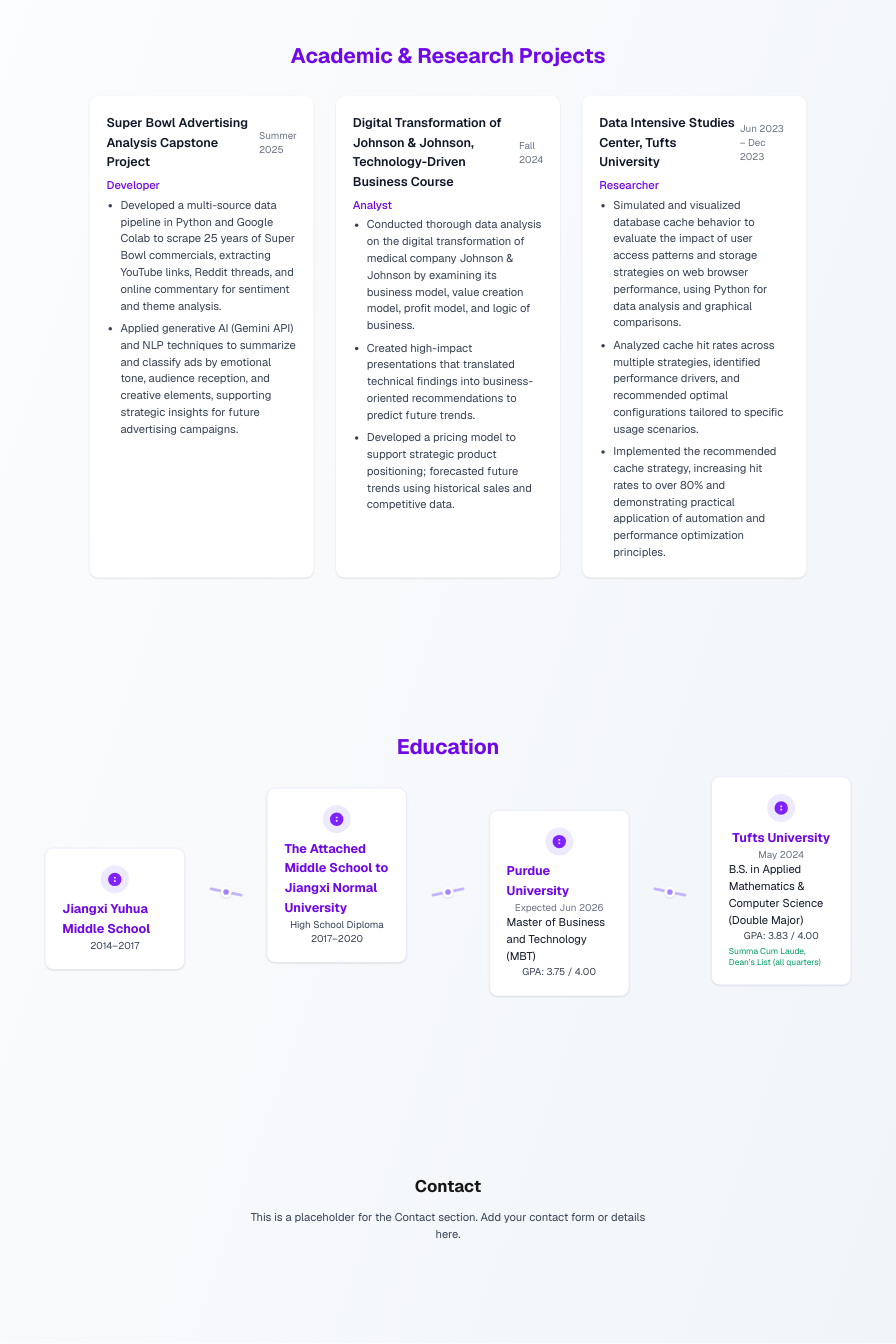
Repository: winniewyl/personal-portfolio
Page: /
These files come from the project's save history. The page is drawn as it stood at one moment and after the next save; the edit follows.
The browser window is 1280 px wide. The pictures show the part of the page from y = 1875 to 3795 px (the page is 3795 px tall), at 70% of full size.
The project was rebuilt for these pictures with package versions that can differ from the ones it lists, and the page was loaded fresh each time. The framework's server and built-in components were replaced by stand-ins that run in the browser. Also part of the build but not shown: next.config.ts.

Above is the page before, as saved 2025-07-22 11:58:21.

After the next save:
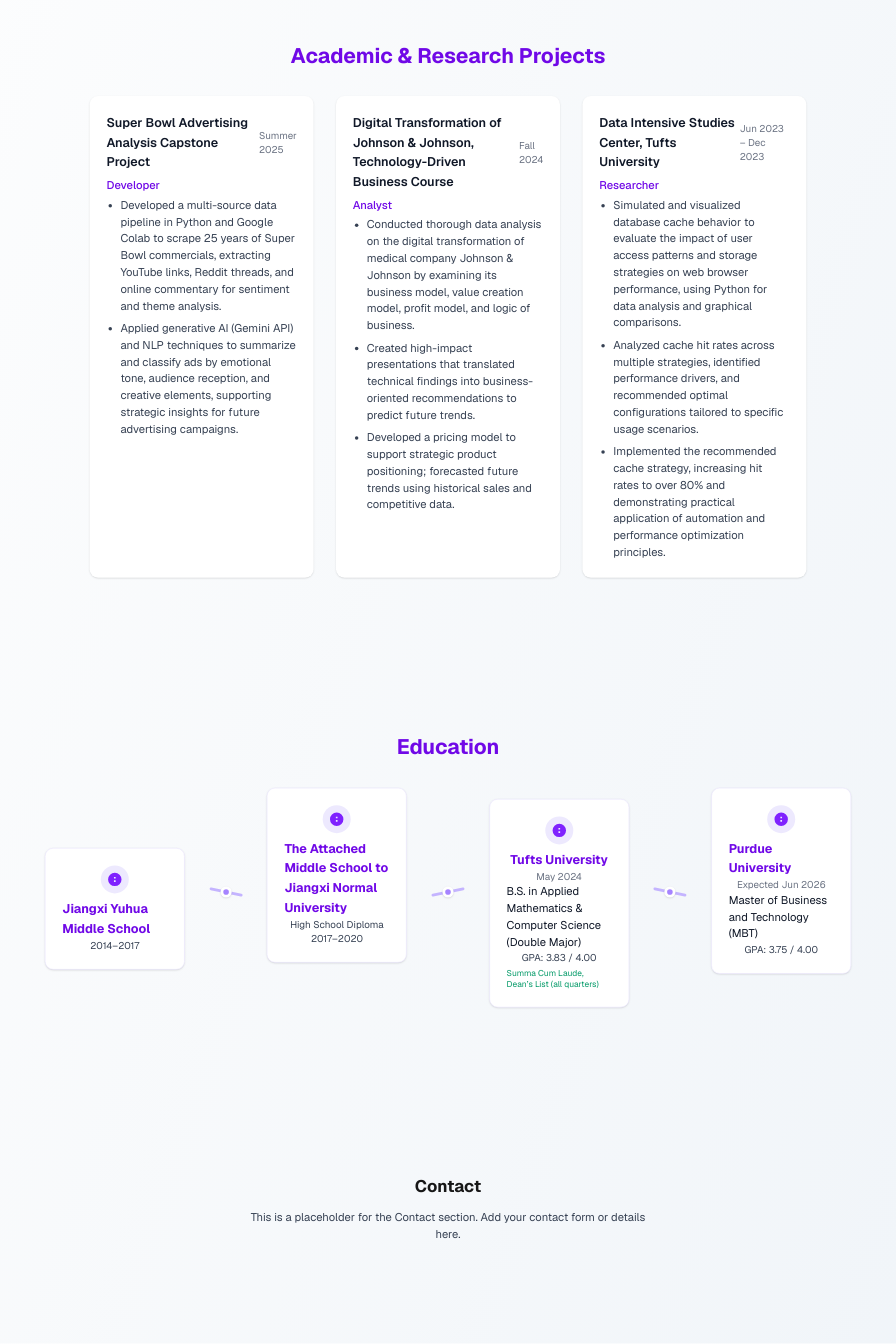
Saved 116 s later.
--- a/src/app/page.tsx
+++ b/src/app/page.tsx
@@ -248,7 +248,7 @@ export default function Home() {
               <div className="absolute left-1/2 top-1/2 w-12 h-1 bg-violet-300 dark:bg-violet-700 transform -translate-x-1/2 -translate-y-1/2 -rotate-12 rounded-full"></div>
               <div className="absolute left-1/2 top-1/2 w-4 h-4 bg-violet-400 dark:bg-violet-600 rounded-full border-4 border-white dark:border-[#18181c] shadow -translate-x-1/2 -translate-y-1/2"></div>
             </div>
-            {/* Purdue University */}
+            {/* Tufts University */}
             <div className="flex flex-col items-center md:w-1/4 px-2 md:px-4 z-10 md:translate-y-4">
               <div className="flex flex-col items-center bg-white dark:bg-[#232336] rounded-xl shadow p-6 min-w-[200px] max-w-xs border border-violet-100 dark:border-violet-700">
                 <span className="flex items-center justify-center w-10 h-10 bg-violet-100 rounded-full mb-2">
@@ -261,16 +261,19 @@ export default function Home() {
                   </svg>
                 </span>
                 <span className="font-bold text-lg text-violet-700">
-                  Purdue University
+                  Tufts University
                 </span>
                 <span className="text-sm text-gray-500 dark:text-gray-400">
-                  Expected Jun 2026
+                  May 2024
                 </span>
                 <span className="text-gray-900 dark:text-white">
-                  Master of Business and Technology (MBT)
-                </span>
-                <span className="text-sm text-gray-700 dark:text-gray-300">
-                  GPA: 3.75 / 4.00
+                  B.S. in Applied Mathematics & Computer Science (Double Major)
+                </span>
+                <span className="text-sm text-gray-700 dark:text-gray-300">
+                  GPA: 3.83 / 4.00
+                </span>
+                <span className="text-xs text-emerald-600 mt-1">
+                  Summa Cum Laude, Dean’s List (all quarters)
                 </span>
               </div>
             </div>
@@ -279,7 +282,7 @@ export default function Home() {
               <div className="absolute left-1/2 top-1/2 w-12 h-1 bg-violet-300 dark:bg-violet-700 transform -translate-x-1/2 -translate-y-1/2 rotate-12 rounded-full"></div>
               <div className="absolute left-1/2 top-1/2 w-4 h-4 bg-violet-400 dark:bg-violet-600 rounded-full border-4 border-white dark:border-[#18181c] shadow -translate-x-1/2 -translate-y-1/2"></div>
             </div>
-            {/* Tufts University */}
+            {/* Purdue University */}
             <div className="flex flex-col items-center md:w-1/4 px-2 md:px-4 z-10 md:-translate-y-4">
               <div className="flex flex-col items-center bg-white dark:bg-[#232336] rounded-xl shadow p-6 min-w-[200px] max-w-xs border border-violet-100 dark:border-violet-700">
                 <span className="flex items-center justify-center w-10 h-10 bg-violet-100 rounded-full mb-2">
@@ -292,19 +295,16 @@ export default function Home() {
                   </svg>
                 </span>
                 <span className="font-bold text-lg text-violet-700">
-                  Tufts University
+                  Purdue University
                 </span>
                 <span className="text-sm text-gray-500 dark:text-gray-400">
-                  May 2024
+                  Expected Jun 2026
                 </span>
                 <span className="text-gray-900 dark:text-white">
-                  B.S. in Applied Mathematics & Computer Science (Double Major)
-                </span>
-                <span className="text-sm text-gray-700 dark:text-gray-300">
-                  GPA: 3.83 / 4.00
-                </span>
-                <span className="text-xs text-emerald-600 mt-1">
-                  Summa Cum Laude, Dean’s List (all quarters)
+                  Master of Business and Technology (MBT)
+                </span>
+                <span className="text-sm text-gray-700 dark:text-gray-300">
+                  GPA: 3.75 / 4.00
                 </span>
               </div>
             </div>
